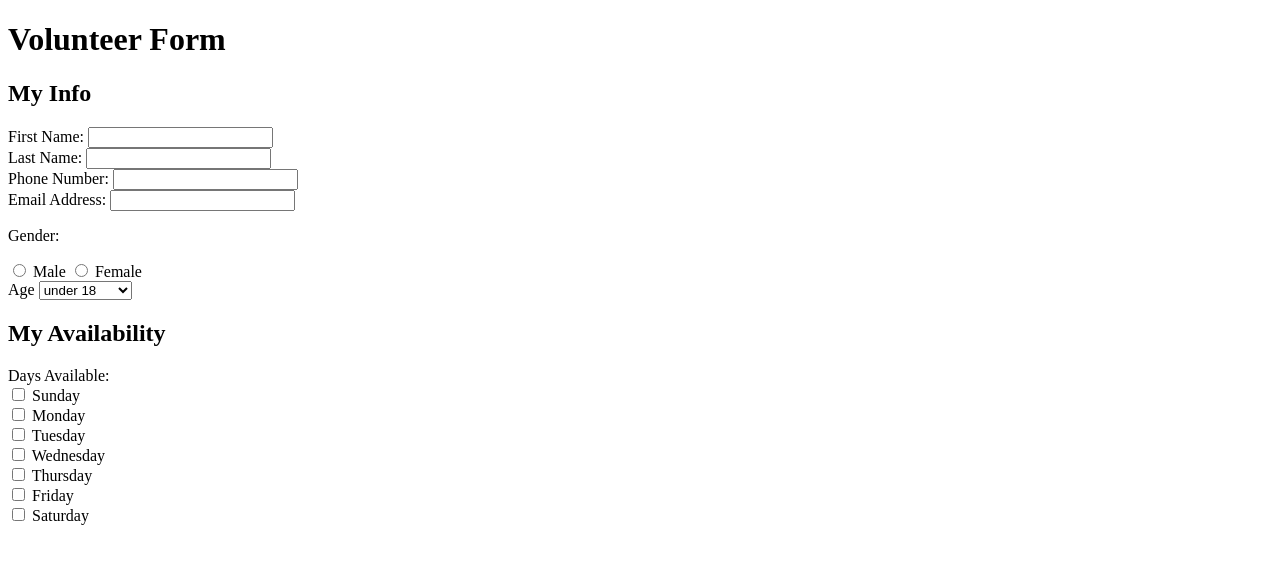
Repository: rishondass/ITMD361-Lab4
Page: index.html
The author's editor kept a copy of each file at every save. The page is drawn from the files as they stood at one save, then again after a run of saves.
The browser window is 1280 px wide. The pictures show the whole page.

Above is the page before, as saved 2023-01-13 15:07:30.

### index.html
<!DOCTYPE html>
<html lang="en">
<head>
    <meta charset="UTF-8">
    <meta http-equiv="X-UA-Compatible" content="IE=edge">
    <meta name="viewport" content="width=device-width, initial-scale=1.0">
    <title>Lab 4</title>
</head>
<body>
    <h1>
        Volunteer Form
    </h1>


    <form action="POST">
        <h2>
            My Info
        </h2>
        <div>
            <label for="first_name_field">First Name:</label>
            <input type="text" name="first_name_field">
        </div>
        <div>
            <label for="last_name_field">Last Name:</label>
            <input type="text" name="last_name_field">
        </div>
        <div>
            <label for="phone_field">Phone Number:</label>
            <input type="phone" name="phone_field">
        </div>
        <div>
            <label for="email_field">Email Address:</label>
            <input type="email" name="email_field">
        </div>
        <div>
            <p>Gender:</p>
            <input type="radio" name="gender_field" value="Male">
            <label for="gender_field">Male</label>
            <input type="radio" name="gender_field" value="Female">
            <label for="gender_field">Female</label>
        </div>
        <div>
            <label for="age_field">Age</label>
            <select name="age_field">
                <option value="under 18">under 18</option>
                <option value="18 - 24">18 - 24</option>
                <option value="25 - 34">25 - 34</option>
                <option value="35 - 44">35 - 44</option>
                <option value="45 - 54">45 - 54</option>
                <option value="55 - 64">55 - 64</option>
                <option value="65 and over">65 and over</option>
            </select>
        </div>
        <h2> My Availability</h2>
        <div>
            Days Available:
        </div>
        <div>
            <input type="checkbox" name="available_field[]" value="Sunday">
            <label for="available_field[]">Sunday</label>
        </div>
        <div>
            <input type="checkbox" name="available_field[]" value="Monday">
            <label for="available_field[]">Monday</label>
        </div>
        <div>
            <input type="checkbox" name="available_field[]" value="Tuesday">
            <label for="available_field[]">Tuesday</label>
        </div>
        <div>
            <input type="checkbox" name="available_field[]" value="Wednesday">
            <label for="available_field[]">Wednesday</label>
        </div>
        <div>
            <input type="checkbox" name="available_field[]" value="Thursday">
            <label for="available_field[]">Thursday</label>
        </div>
        <div>
            <input type="checkbox" name="available_field[]" value="Friday">
            <label for="available_field[]">Friday</label>
        </div>
        <div>
            <input type="checkbox" name="available_field[]" value="Saturday">
            <label for="available_field[]">Saturday</label>
        </div>




    </form>
</body>
</html>

After the next 4 saves:
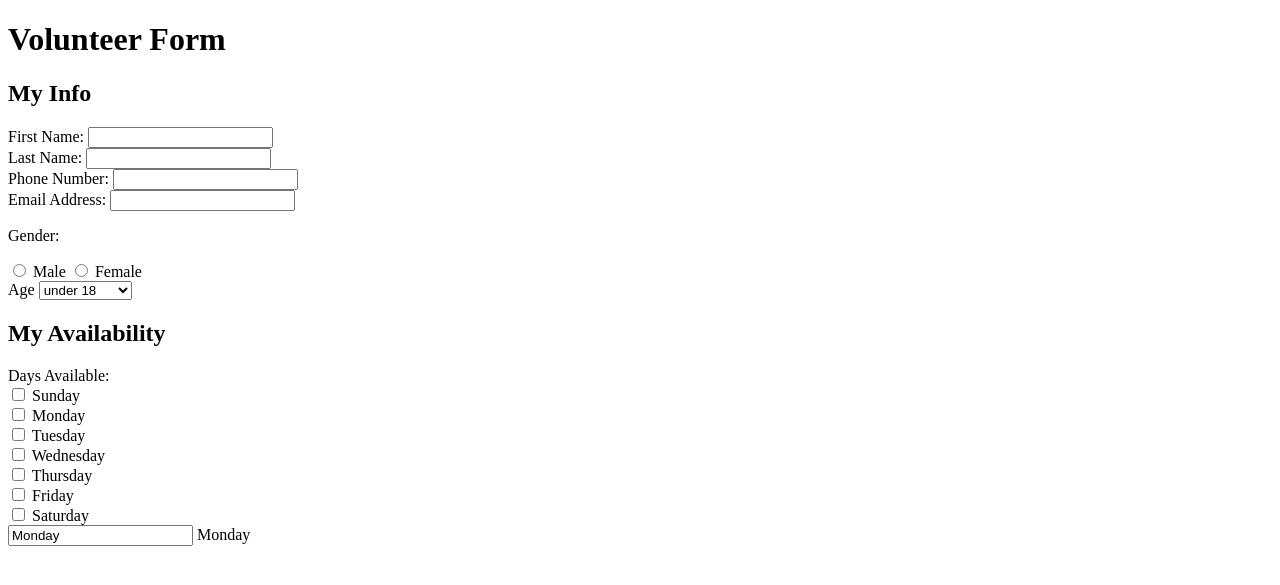
The 4 saves are shown as one change because they came seconds apart.
The last was saved 16 s later.
--- a/index.html
+++ b/index.html
@@ -83,6 +83,10 @@
             <input type="checkbox" name="available_field[]" value="Saturday">
             <label for="available_field[]">Saturday</label>
         </div>
+        <div>
+            <input type="text" name="available_field[]" value="Monday">
+            <label for="available_field[]">Monday</label>
+        </div>
 
 
 
